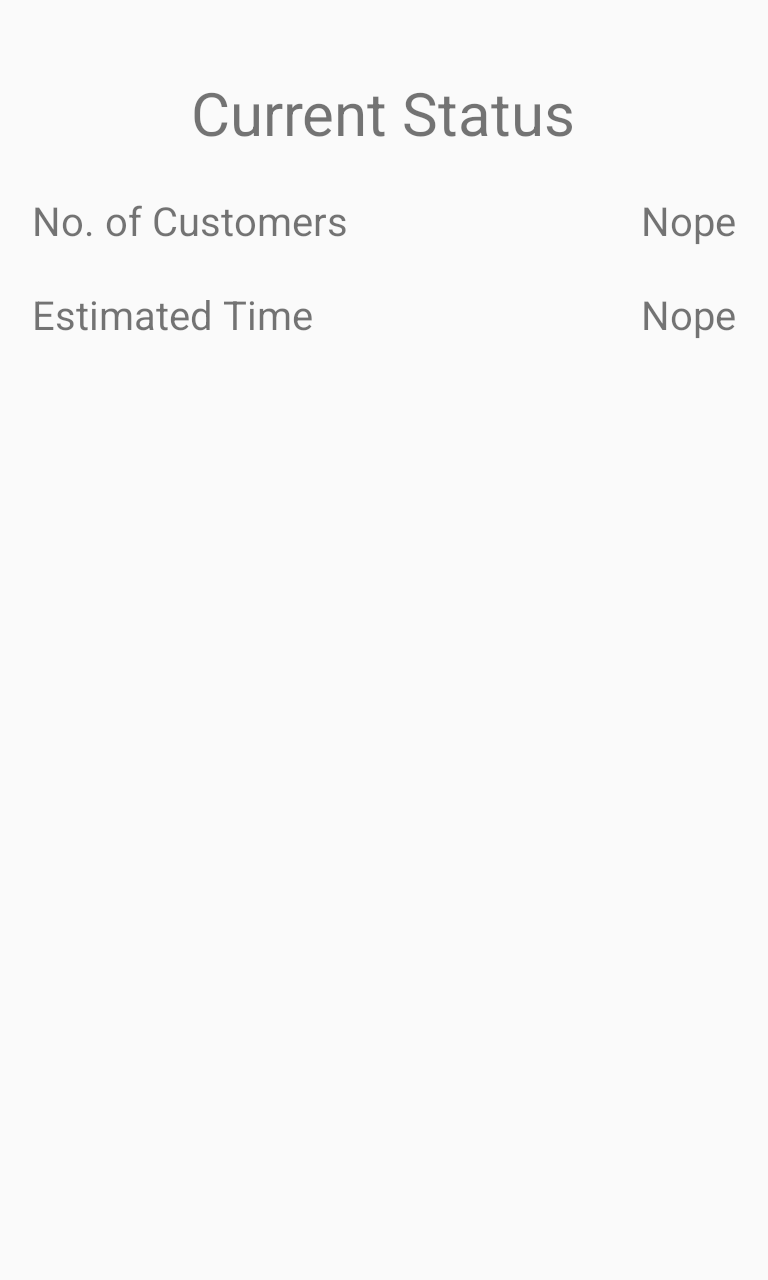
Repository: ag-chirag/brainwaves_enigma
Layout: mobile/Brainwaves/QLess/res/layout/activity_status.xml
These files come from the project's save history. The layout is drawn as it stood at one moment and after the next save; the edit follows.
It is drawn on a 768 x 1280 px phone screen (xhdpi) without system bars, with theme AppTheme; the app's code is not run.

Above is the layout before, as saved 2014-11-08 17:58:33.

After the next save:
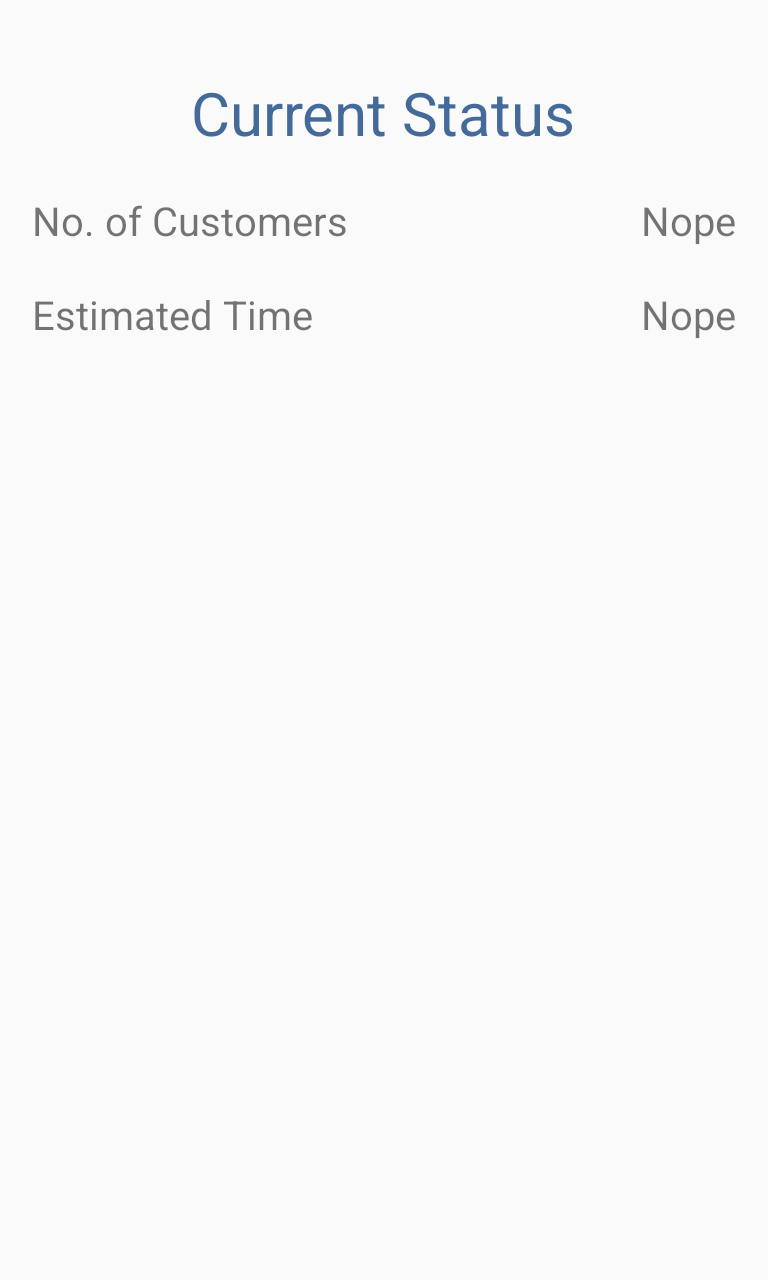
Saved 43 s later.
--- a/mobile/Brainwaves/QLess/res/layout/activity_status.xml
+++ b/mobile/Brainwaves/QLess/res/layout/activity_status.xml
@@ -15,6 +15,7 @@
        	android:text="Current Status"
        	android:layout_marginTop="20dp"
        	android:layout_centerHorizontal="true"
+       	android:textColor="@color/blue"
         android:textSize="30sp"
         />
 
